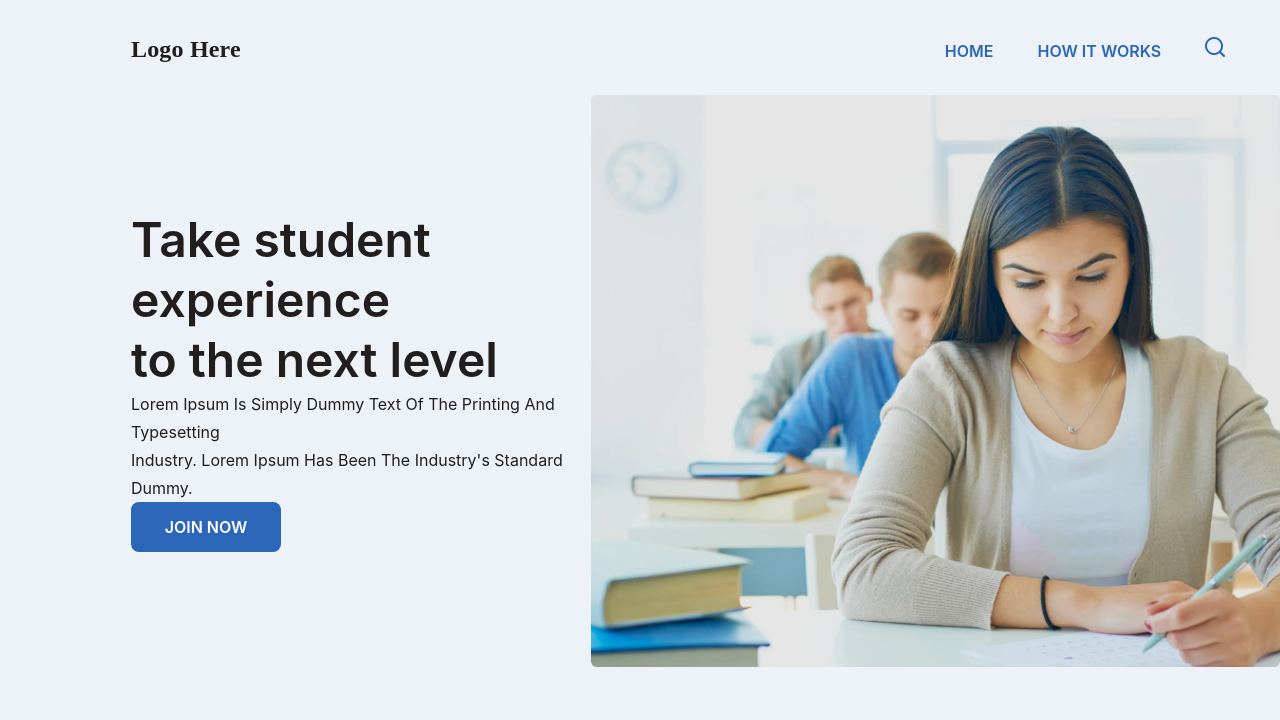
Repository: FaridRustamov09/Final-Task
Page: Pages/homePage/index.html
An editor plug-in stored every save of this project. The page is shown before and after the next save, followed by the edit.
The browser window is 1280 px wide. The pictures show the whole page.
The style sheet was rebuilt from its Sass, Less or Tailwind sources for each picture, by a compiler version that may differ from the author's.

Above is the page before, as saved 2024-07-13 21:48:48.

After the next save:
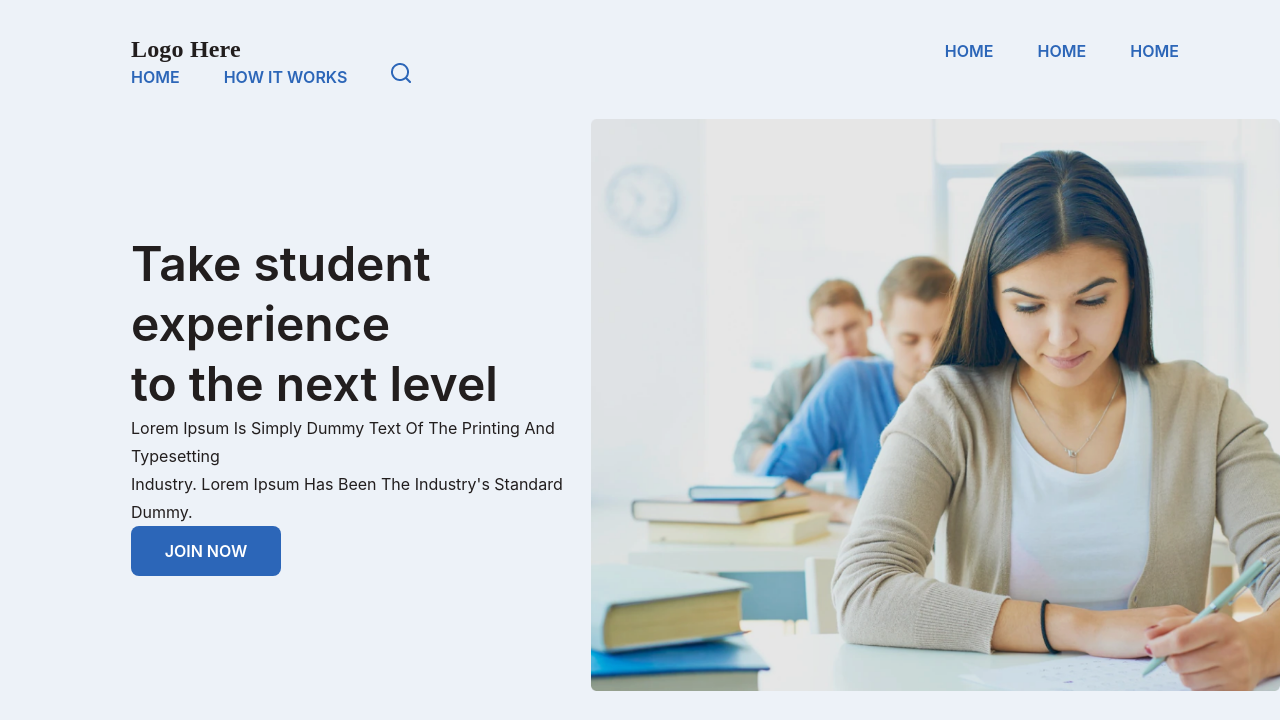
Saved 22 h 25 min later.
--- a/Pages/homePage/index.html
+++ b/Pages/homePage/index.html
@@ -10,6 +10,9 @@
  <div class="container1">
 <nav>
     <b>Logo Here</b>
+    <a href="../homePage/index.html">Home</a>
+    <a href="../homePage/index.html">Home</a>
+    <a href="../homePage/index.html">Home</a>
     <a href="../homePage/index.html">Home</a>
     <a href="../aboutPage/index.html">How it works</a>
     <img src="../../images/Group 233.png" alt="">
